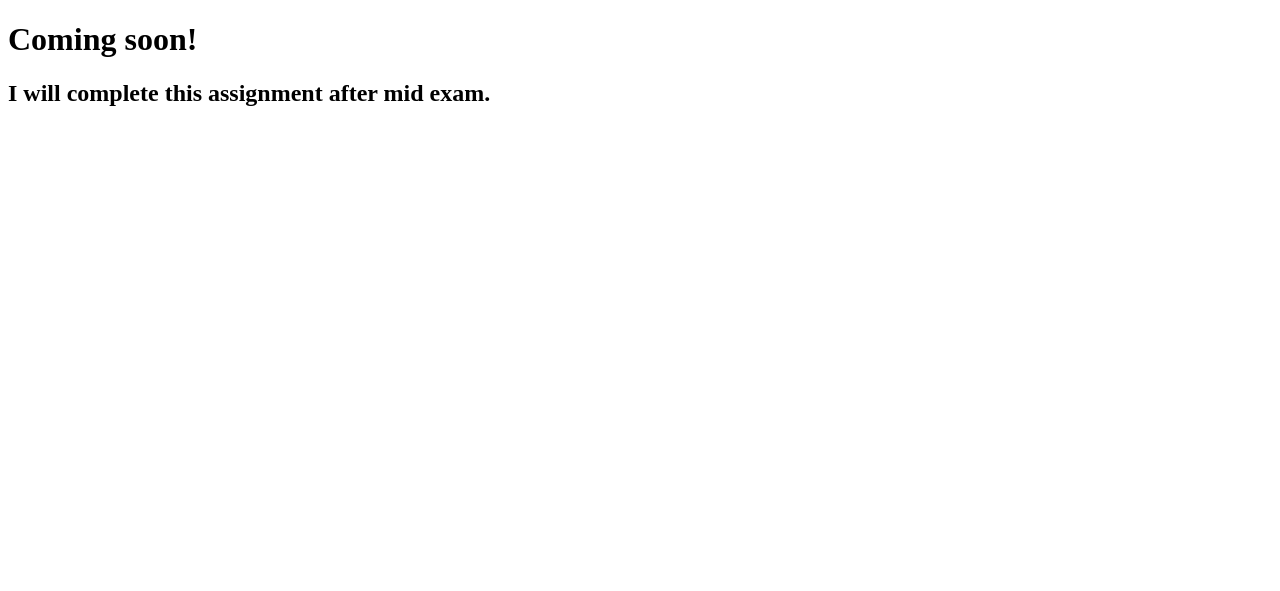
Repository: luqmang316/luqmang316.github.io
Page: Events/EventsCleanScreen.html
An editor plug-in stored every save of this project. The page is shown before and after the next save, followed by the edit.
The browser window is 1280 px wide. The pictures show the whole page.

Above is the page before, as saved 2021-08-08 14:09:45.

### Events/EventsCleanScreen.html
<!doctype html>
<html lang="en">

<head>
    <title>Events Clean Screen </title>
</head>

<body>
    <header>
        <h1>Coming soon!</h1>
        <h2 id="status">I will complete this assignment after mid exam. </h2>
    </header>
</body>

</html>

### Events/maze.css
/*
CSE 190 M Lab 6 CSS file
You don't need to download or edit this file.
*/

h1, h2 {
	text-align: center;
}

p {
	width: 600px;
	margin: 1em auto;
}

#maze {
	margin: auto;
	position: relative;
	height: 300px;
	width: 500px;
}

#start, #end {
	position: absolute;
	top: 205px;
	height: 30px;
	width: 30px;
	border: 1px solid black;
	padding: 5px;
	cursor: default;

	font-family: "Helvetica", "Arial", sans-serif;
	font-size: 25pt;
	text-align: center;
}

#maze #start {
	background-color: #88ff88;
	left: 0;
}

#maze #end {
	background-color: #8888ff;
	right: 0;
}

div.boundary {
	background-color: #eeeeee;
	border: 1px solid black;
}

div.boundary.example {
	margin: auto;
	width: 100px;
	height: 25px;
}

div.youlose {
	background-color: #ff8888;
}

/*
Hack hack hack; these are CSS "sibling selectors" for selecting
neighboring elements.  Necessary to avoid giving ids to the boundary divs
*/

#maze div.boundary {
	position: absolute;

	top: 0;
	left: 0;
	height: 200px;
	width: 150px;
	z-index: 1;
}

#maze div.boundary + div.boundary {
	border-left: none;
	border-right: none;
	z-index: 2;

	left: 151px;
	height: 50px;
	width: 198px;
}

#maze div.boundary + div.boundary + div.boundary {
	border-left: 1px black solid;
	border-right: 1px black solid;
	z-index: 1;

	left: 348px;
	height: 200px;
	width: 150px;
}

#maze div.boundary + div.boundary + div.boundary + div.boundary {
	border: 1px black solid;

	top: 250px;
	left: 0;
	height: 48px;
	width: 498px;
}

#maze div.boundary + div.boundary + div.boundary + div.boundary + div.boundary {
	border-bottom: none;

	top: 100px;
	left: 200px;
	height: 150px;
	width: 98px;
}

### Events/maze.js
$(document).ready(function(){

	var gameStart = false;
	var lost = false;

	function lose(){
		if(!gameStart) return "";
		lost = true;
		$(".hoverError").css("background-color","#f44256");
		$("#status").text("you lost, try again by click on 'S'");
	}

	$("#start").click(function(){
		gameStart=true;
		lost=false;
		$(".hoverError").removeAttr("style");

		$("#status").text("Game start");
		$(".boundary").addClass("hoverError");
	});

	$(".boundary").hover( lose);
	$("#maze").mouseleave(lose);

	$("#end").hover(function(){

		if (!gameStart || lost) return "";

		$(".hoverError").css("background-color","#42f477");
		$("#status").text("you Win :)");

		gameStart=false;
	})

});

Loaded but not shown: Events/jquery.min.js (library)

After the next save:
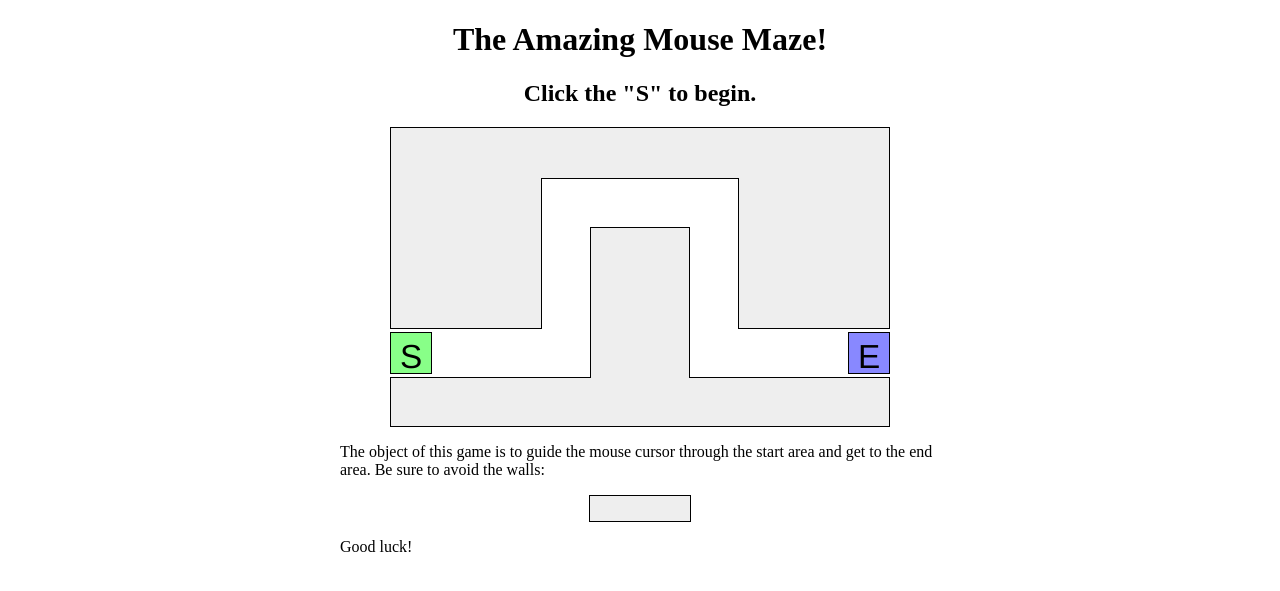
Saved 14 days later.
--- a/Events/EventsCleanScreen.html
+++ b/Events/EventsCleanScreen.html
@@ -1,15 +1,49 @@
-<!doctype html>
-<html lang="en">
+<!DOCTYPE html>
+<!-- saved from url=(0056)http://mumstudents.org/cs472/2017-04-RS/Labs/7/maze.html -->
+<html>
+<!--
+	CSE 190 M Lab 7 HTML file
+	You should download this file for your lab, but you should not edit its contents.
+	-->
 
 <head>
-    <title>Events Clean Screen </title>
+    <meta http-equiv="Content-Type" content="text/html; charset=windows-1252">
+    <title>Maze!</title>
+
+    <!-- provided files; do not modify -->
+    <link href="maze.css" type="text/css" rel="stylesheet">
+    <script src="jquery.min.js" type="text/javascript"></script>
+
+    <!-- your code -->
+    <script src="maze.js" type="text/javascript"></script>
 </head>
 
 <body>
-    <header>
-        <h1>Coming soon!</h1>
-        <h2 id="status">I will complete this assignment after mid exam. </h2>
-    </header>
+    <h1>The Amazing Mouse Maze!</h1>
+    <h2 id="status">Click the "S" to begin.</h2>
+
+    <!-- This part of the page represents the maze -->
+    <div id="maze">
+        <div id="start">S</div>
+        <div class="boundary" id="boundary1"></div>
+        <div class="boundary"></div>
+        <div class="boundary"></div>
+        <div class="boundary"></div>
+        <div class="boundary"></div>
+        <div id="end">E</div>
+    </div>
+
+    <p>
+        The object of this game is to guide the mouse cursor through the start area and get to the end area. Be sure to avoid the walls:
+    </p>
+
+    <div class="boundary example"></div>
+
+    <p>
+        Good luck!
+    </p>
+
+
 </body>
 
 </html>

After the save that followed:
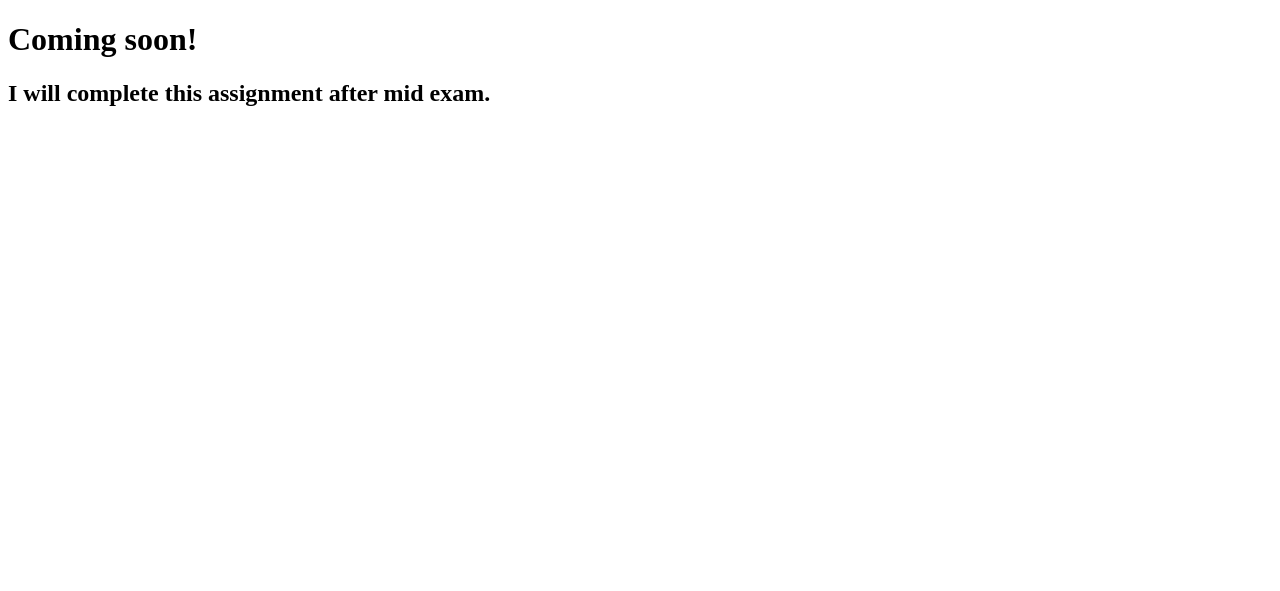
Saved 54 s later.
--- a/Events/EventsCleanScreen.html
+++ b/Events/EventsCleanScreen.html
@@ -1,49 +1,15 @@
-<!DOCTYPE html>
-<!-- saved from url=(0056)http://mumstudents.org/cs472/2017-04-RS/Labs/7/maze.html -->
-<html>
-<!--
-	CSE 190 M Lab 7 HTML file
-	You should download this file for your lab, but you should not edit its contents.
-	-->
+<!doctype html>
+<html lang="en">
 
 <head>
-    <meta http-equiv="Content-Type" content="text/html; charset=windows-1252">
-    <title>Maze!</title>
-
-    <!-- provided files; do not modify -->
-    <link href="maze.css" type="text/css" rel="stylesheet">
-    <script src="jquery.min.js" type="text/javascript"></script>
-
-    <!-- your code -->
-    <script src="maze.js" type="text/javascript"></script>
+    <title>Events Clean Screen </title>
 </head>
 
 <body>
-    <h1>The Amazing Mouse Maze!</h1>
-    <h2 id="status">Click the "S" to begin.</h2>
-
-    <!-- This part of the page represents the maze -->
-    <div id="maze">
-        <div id="start">S</div>
-        <div class="boundary" id="boundary1"></div>
-        <div class="boundary"></div>
-        <div class="boundary"></div>
-        <div class="boundary"></div>
-        <div class="boundary"></div>
-        <div id="end">E</div>
-    </div>
-
-    <p>
-        The object of this game is to guide the mouse cursor through the start area and get to the end area. Be sure to avoid the walls:
-    </p>
-
-    <div class="boundary example"></div>
-
-    <p>
-        Good luck!
-    </p>
-
-
+    <header>
+        <h1>Coming soon!</h1>
+        <h2 id="status">I will complete this assignment after mid exam. </h2>
+    </header>
 </body>
 
 </html>
